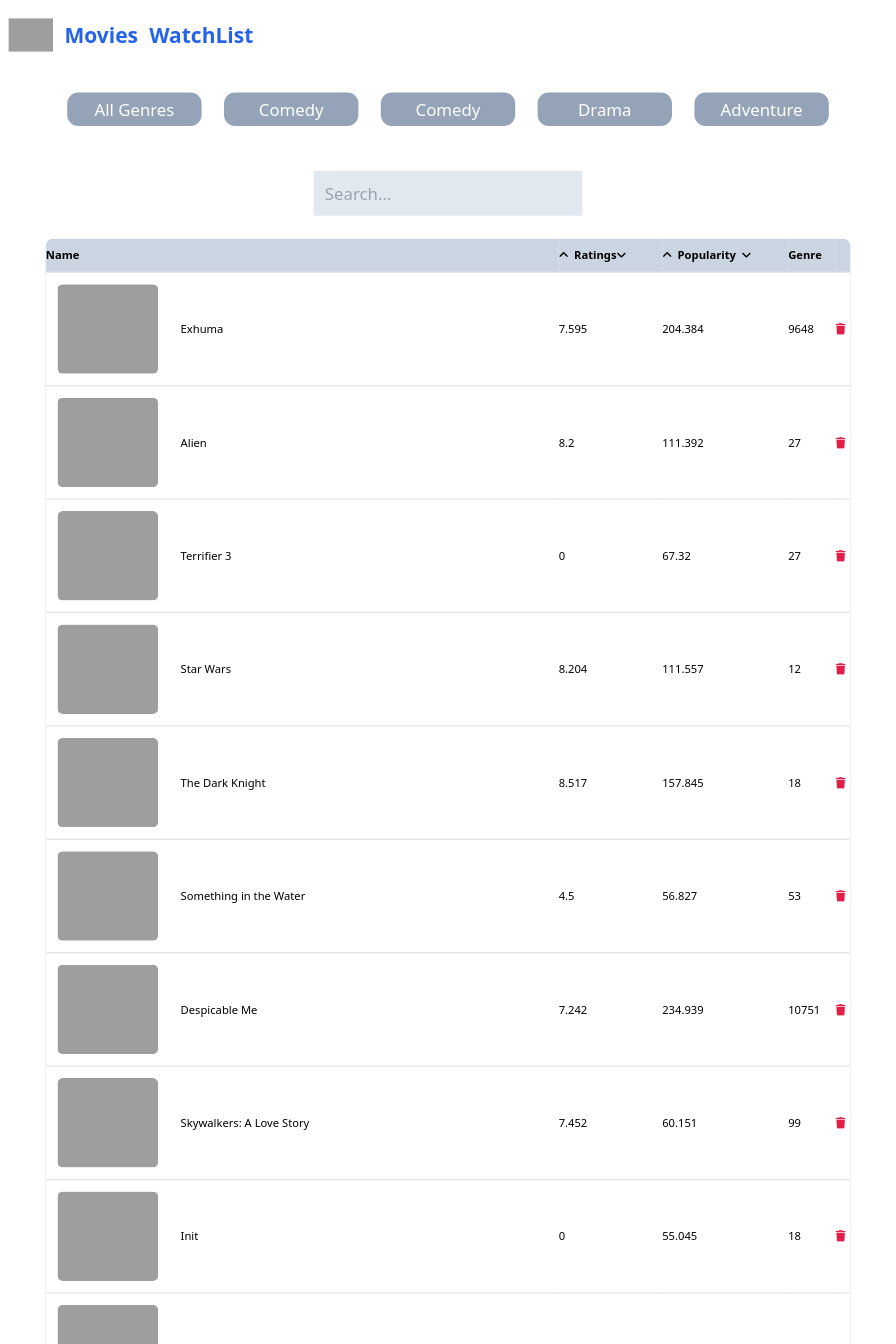
Repository: Aakash20bhatt/LearnReact
Page: /watchlist (app in moviesApp/)
An editor plug-in stored every save of this project. The page is shown before and after the next save, followed by the edit.
The browser window is 1280 px wide. The pictures show the part of the page from y = 0 to 1920 px (the page is 3630 px tall), at 70% of full size.
Pictures or frames that could not be fetched are drawn as grey boxes. Some web libraries are served in a nearby version. The project was rebuilt for these pictures with package versions that can differ from the ones it lists, and the page was loaded fresh each time. Also part of the build but not shown: moviesApp/vite.config.js, moviesApp/src/App.css, moviesApp/src/Components/Banner.jsx, moviesApp/src/Components/MovieCard.jsx, moviesApp/src/Components/Pagination.jsx, moviesApp/src/Components/Movies.jsx.

Above is the page before, as saved 2024-07-28 00:32:19.

After the next save:
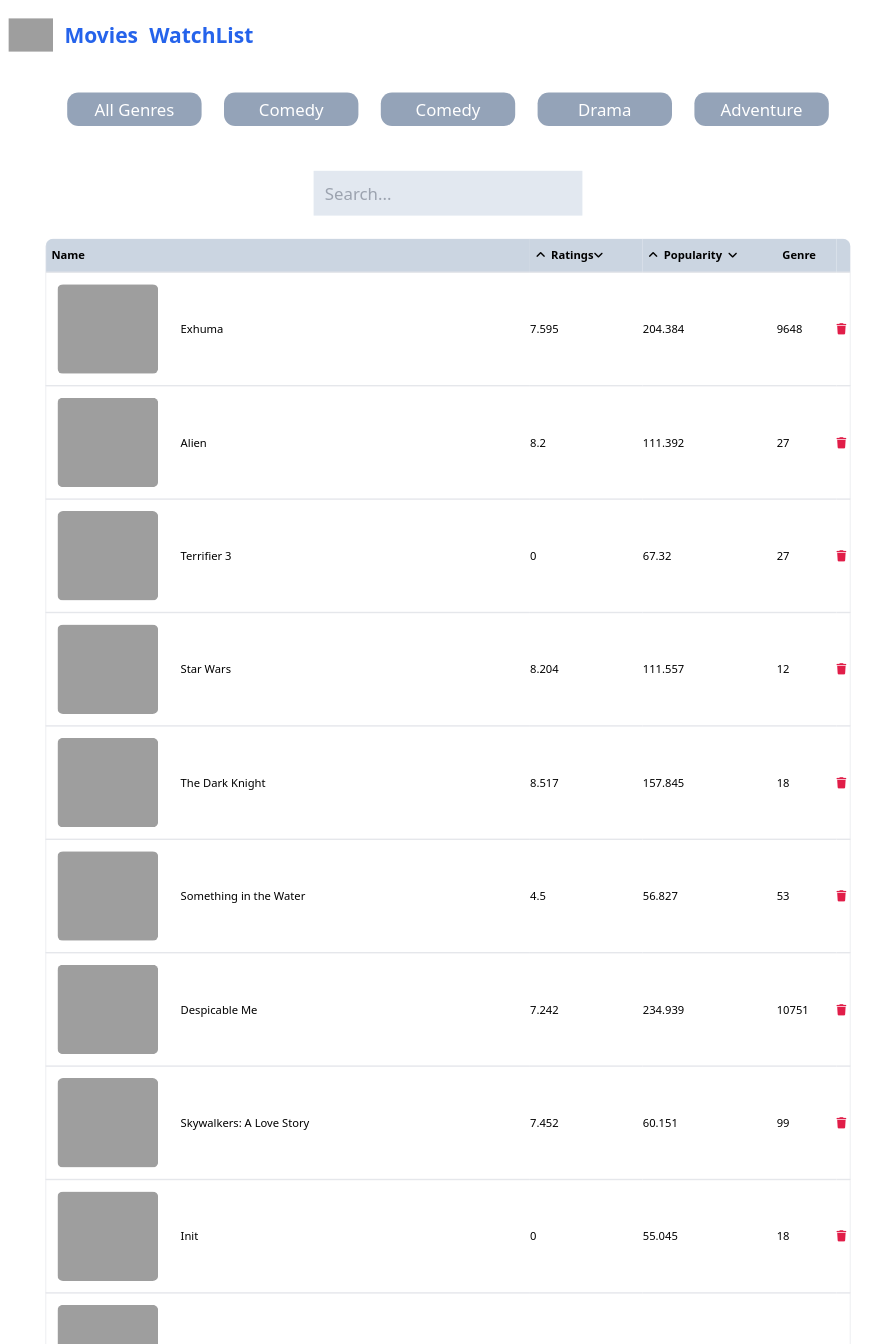
Saved 110 s later.
--- a/moviesApp/src/Components/Watchlist.jsx
+++ b/moviesApp/src/Components/Watchlist.jsx
@@ -362,18 +362,18 @@
             <table className="rounded-xl border w-[90%] overflow-hidden">
                 <thead className="bg-slate-300 h-12 rounded-lg">
                     <tr className="border-b-2 text-left">
-                        <th>Name</th>
-                        <th>
+                        <th className="p-2">Name</th>
+                        <th className="p-2">
                             <i className="fa-solid fa-angle-up mr-2"></i>
                             Ratings
                             <i className="fa-solid fa-angle-down mr-2"></i>
                         </th>
-                        <th>
+                        <th className="p-2">
                             <i className="fa-solid fa-angle-up mr-2"></i>
                             Popularity
                             <i className="fa-solid fa-angle-down ml-2"></i>
                         </th>
-                        <th>Genre</th>
+                        <th className="p-2">Genre</th>
                         <th></th>
                     </tr>
                 </thead>

After the save that followed:
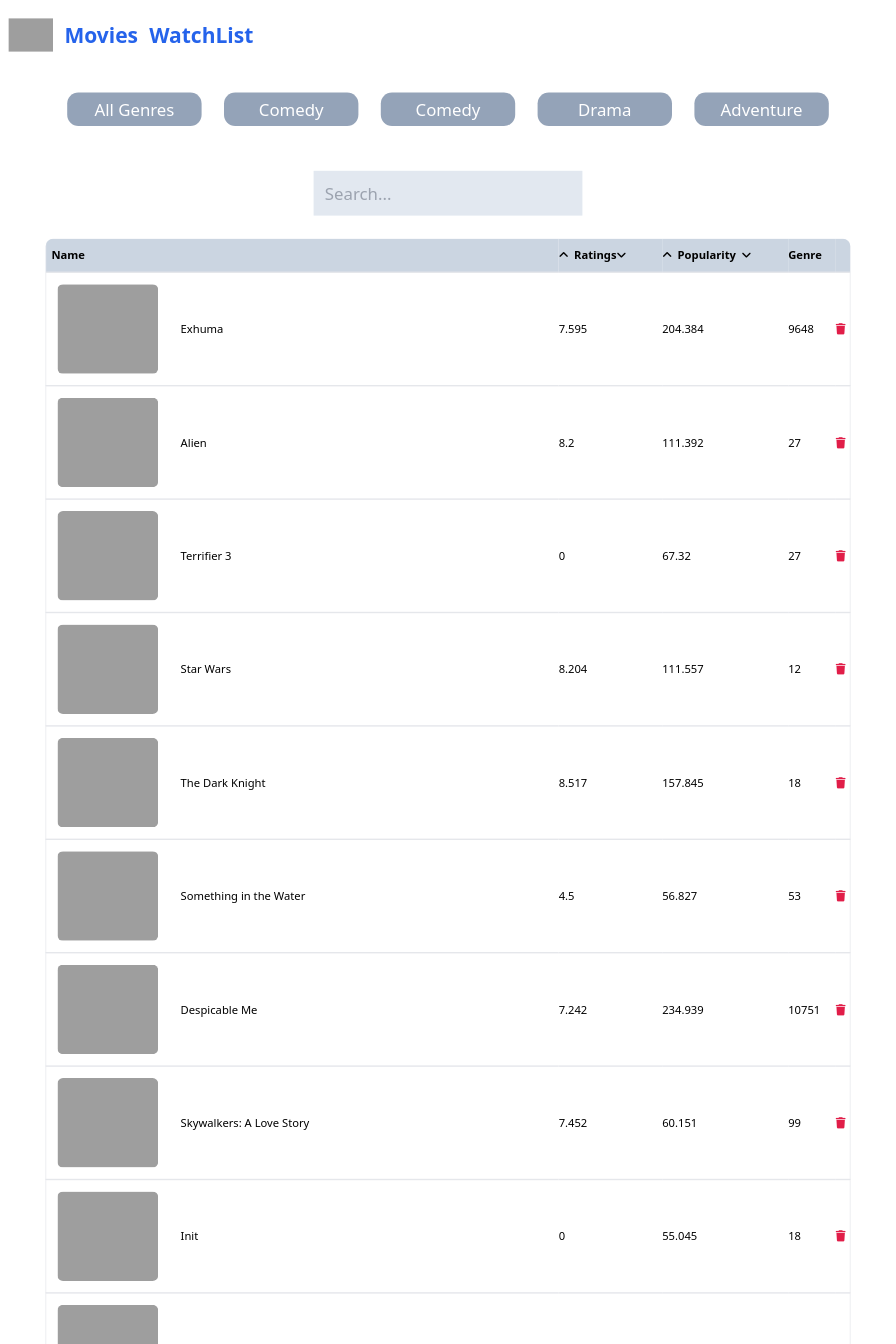
Saved 19 s later.
--- a/moviesApp/src/Components/Watchlist.jsx
+++ b/moviesApp/src/Components/Watchlist.jsx
@@ -363,17 +363,17 @@
                 <thead className="bg-slate-300 h-12 rounded-lg">
                     <tr className="border-b-2 text-left">
                         <th className="p-2">Name</th>
-                        <th className="p-2">
+                        <th>
                             <i className="fa-solid fa-angle-up mr-2"></i>
                             Ratings
                             <i className="fa-solid fa-angle-down mr-2"></i>
                         </th>
-                        <th className="p-2">
+                        <th>
                             <i className="fa-solid fa-angle-up mr-2"></i>
                             Popularity
                             <i className="fa-solid fa-angle-down ml-2"></i>
                         </th>
-                        <th className="p-2">Genre</th>
+                        <th>Genre</th>
                         <th></th>
                     </tr>
                 </thead>
